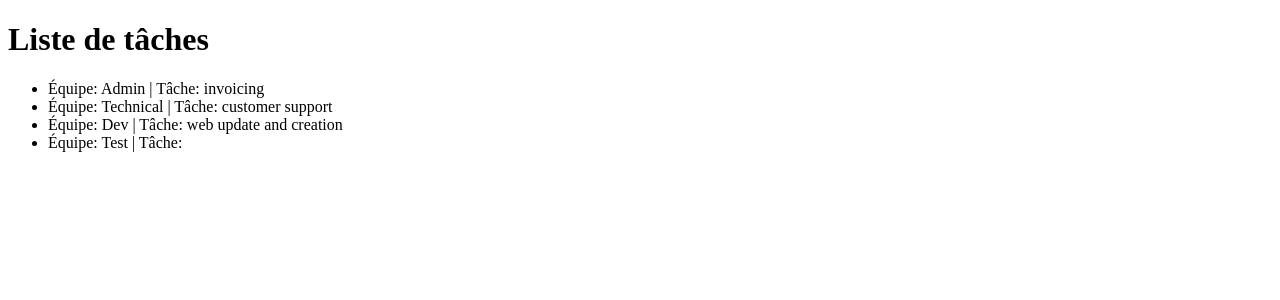
Repository: 0Memo/tasksHandler
Page: http://localhost/tasks
The author's editor kept a copy of each file at every save. The page is drawn from the files as they stood at one save, then again after a run of saves.
The browser window is 1280 px wide. The pictures show the whole page.
The page is served by the project's Laravel application, run on PHP 8.4 with Laravel 10. Other server files are loaded and not shown.

Above is the page before, as saved 2023-05-22 13:43:42.

### routes/web.php
<?php

use App\Http\Controllers\HomeController;
use App\Http\Controllers\TaskController;
use Illuminate\Support\Facades\Route;

/*
|--------------------------------------------------------------------------
| Web Routes
|--------------------------------------------------------------------------
|
| Here is where you can register web routes for your application. These
| routes are loaded by the RouteServiceProvider and all of them will
| be assigned to the "web" middleware group. Make something great!
|
*/

Route::get('/', [HomeController::class, 'index']);

Route::get('/tasks', [TaskController::class, 'list']);
Route::get('/task/{name?}', [TaskController::class, 'showTask']);

### app/Http/Controllers/TaskController.php
<?php

namespace App\Http\Controllers;

use Illuminate\Http\Request;

class TaskController extends Controller
{
    public function showTask(string $name = '')
    {
        $tasksList = [
            'admin' => [
                'team_name' => 'Admin',
                'task' => 'invoicing'
            ],
            'technical' => [
                'team_name' => 'Technical',
                'task' => 'customer support'
            ],
            'dev' => [
                'team_name' => 'Dev',
                'task' => 'web update and creation'
            ],
            'test' => [
                'team_name' => 'Test',
                'task' => ''
            ]
        ];

        if($name === '') {
            return 'Erreur: pas de tâche sélectionnée';
        }

        if(!isset($tasksList[$name])) {
            return 'Erreur: cette tâche n\'existe pas';
        }

        $task = $tasksList[$name];

        if(!$task['task']) {
            return 'Erreur: il n\'y a pas de tâche attribuée';
        }

        return view('task', [
            'task' => $task
        ]);
    }

    public function list()
    {
        $tasksList = [
            'admin' => [
                'team_name' => 'Admin',
                'task' => 'invoicing'
            ],
            'technical' => [
                'team_name' => 'Technical',
                'task' => 'customer support'
            ],
            'dev' => [
                'team_name' => 'Dev',
                'task' => 'web update and creation'
            ],
            'test' => [
                'team_name' => 'Test',
                'task' => ''
            ]
        ];

        return view('tasksList', [
            'tasks' => $tasksList
        ]);
    }
}

### resources/views/tasksList.blade.php
<!DOCTYPE html>
<html>
<head>
    <title>Liste de tâches par équipe</title>
</head>
<body>
    <h1>Liste de tâches</h1>
    <ul>
        @foreach($tasks as $task)
            <li>Équipe: {{ $task['team_name'] }} | Tâche: {{ $task['task'] }}</li>
        @endforeach
    </ul>
</body>
</html>

Loaded but not shown: app/Http/Controllers/Controller.php (common file)

After the next 3 saves:
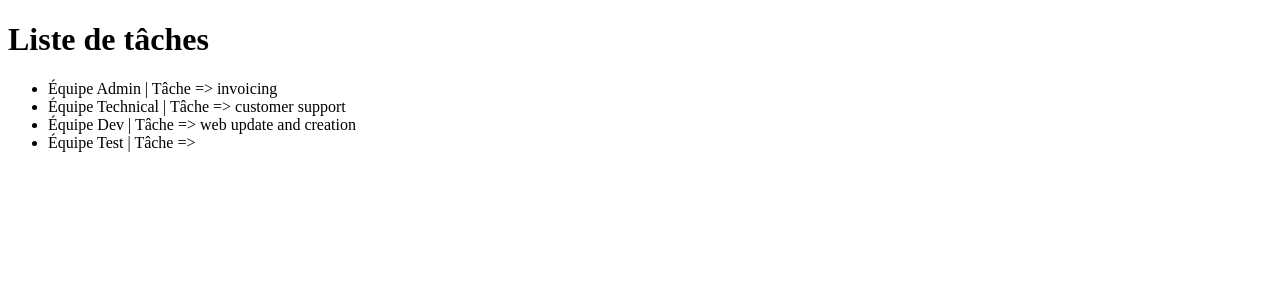
The 3 saves are shown as one change because they came seconds apart.
The last was saved 27 s later.
--- a/resources/views/tasksList.blade.php
+++ b/resources/views/tasksList.blade.php
@@ -7,7 +7,7 @@
     <h1>Liste de tâches</h1>
     <ul>
         @foreach($tasks as $task)
-            <li>Équipe: {{ $task['team_name'] }} | Tâche: {{ $task['task'] }}</li>
+            <li>Équipe {{ $task['team_name'] }} | Tâche => {{ $task['task'] }}</li>
         @endforeach
     </ul>
 </body>
